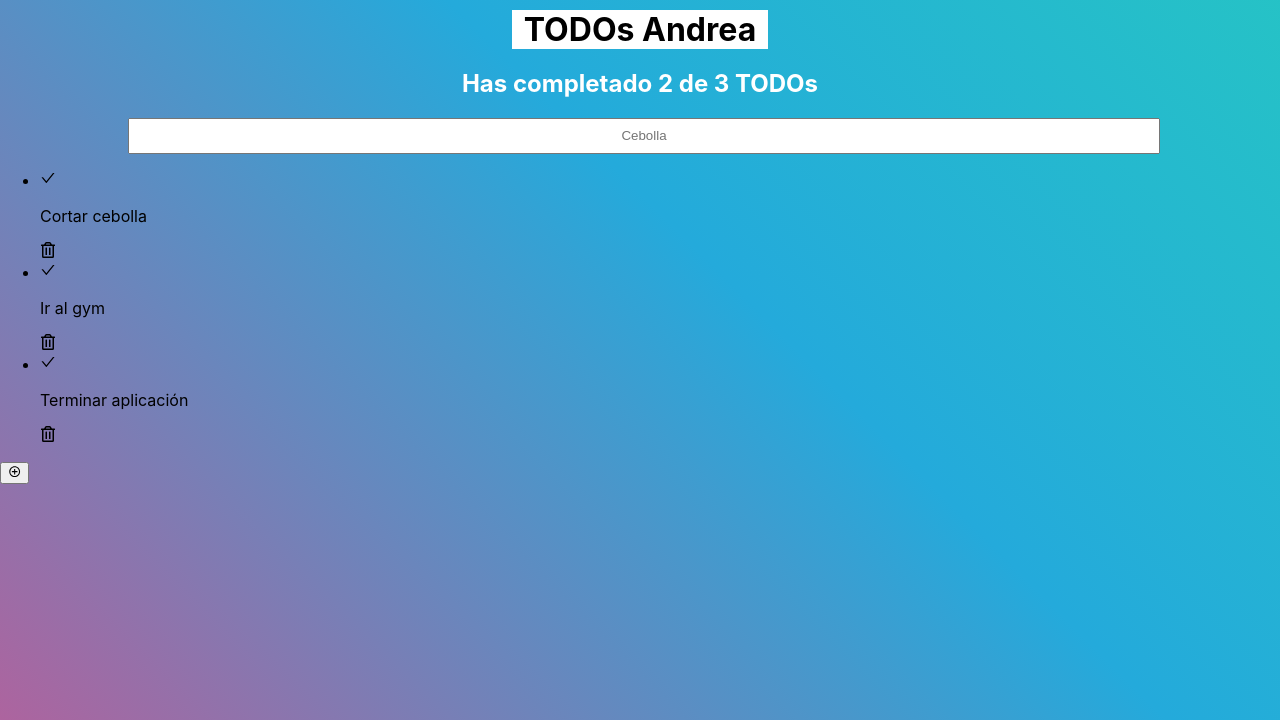
Repository: Pandrea-hub/TODOs
Page: /
The author's editor kept a copy of each file at every save. The page is drawn from the files as they stood at one save, then again after the next save.
The browser window is 1280 px wide. The page is 1288 px wide, so the pictures cover 1288 px, including what lies to the right of the window. The pictures show the whole page.
The project was rebuilt for these pictures with package versions that can differ from the ones it lists, and the page was loaded fresh each time. Also part of the build but not shown: src/TodoItem.css.

Above is the page before, as saved 2022-06-07 09:27:28.

### src/index.js
import React from 'react';
import ReactDOM from 'react-dom/client';
import './index.css';
import App from './App';


const root = ReactDOM.createRoot(document.getElementById('root'));
root.render(
  <App/>
);

### src/index.css
body {
  margin: 0;
  font-family: -apple-system, BlinkMacSystemFont, 'Segoe UI', 'Roboto', 'Oxygen',
    'Ubuntu', 'Cantarell', 'Fira Sans', 'Droid Sans', 'Helvetica Neue',
    sans-serif;
  -webkit-font-smoothing: antialiased;
  -moz-osx-font-smoothing: grayscale;
}

code {
  font-family: source-code-pro, Menlo, Monaco, Consolas, 'Courier New',
    monospace;
}

#root{
  width: 100%;
  height: 100%;
  position: absolute;
  background: linear-gradient(45deg,#F17C58, #E94584, #24AADB , #27DBB1,#FFDC18, #FF3706);
  background-size: 600% 100%;
  animation: gradient 16s linear infinite;
  animation-direction: alternate;
}

@keyframes gradient {
  0% {background-position: 0%}
  100% {background-position: 100%}
}

### src/App.js
//import './App.css';
import React from 'react';
import { TodoCounter } from './TodoCounter';
import { TodoItem } from './TodoItem';
import { CreateTodoButton } from './CreateTodoButton';
import { TodoList } from './TodoList';
import { TodoSearch } from './TodoSearch';


const todos = [
  {text: 'Cortar cebolla',completed: false},
  {text: 'Ir al gym',completed: false},
  {text: 'Terminar aplicación',completed: false},
]


function App() {
  return (
    <React.Fragment>
      <TodoCounter />
      <TodoSearch />


      <TodoList>
        {todos.map(todo =>(
          <TodoItem key={todo.text} text={todo.text} completed={todo.completed}/>
        ))}
      </TodoList>
      <CreateTodoButton />
    </React.Fragment>

  );
}

export default App;

### src/TodoCounter.js
import React from 'react';
import './TodoCounter.css';

function TodoCounter(){
    return (
        <div className='title'>
            <h1>TODOs Andrea</h1>
            <h2 className='TodoCounter'>Has completado 2 de 3 TODOs</h2>
        </div>
    );
}

export { TodoCounter };

### src/TodoItem.js
import React from 'react';
import './TodoItem.css';
import {AiOutlineCheck} from 'react-icons/ai';
import {FaRegTrashAlt} from 'react-icons/fa';

function TodoItem(props){
    return (
        <li className='TodoItem'>
            <span className={`Icon Icon-check ${props.completed && 'Icon-check--activate' }`}>
                <AiOutlineCheck />
            </span>
            <p className={`TodoItem-p ${props.completed && 'TodoItem-p--complete'}`}>
                {props.text}
            </p>
            <span className='Icon Icon-delete'>
               <FaRegTrashAlt />
            </span>
        </li>
    );

}

export {TodoItem};

### src/CreateTodoButton.js
import React from 'react';
import {IoMdAddCircleOutline} from 'react-icons/io';

function CreateTodoButton(props){
    return(
        <button>
            <IoMdAddCircleOutline />
        </button>
    );
}

export {CreateTodoButton};

### src/TodoList.js
import React from "react";


function TodoList(props){
    return(
        <section>
            <ul>
                {props.children}
            </ul>
        </section>

    );
}


export {TodoList};

### src/TodoSearch.js
import React from 'react';
import './TodoSearch.css';

function TodoSearch(){
    return(
        <input placeholder="Cebolla" />
    );
}

export { TodoSearch};

### src/TodoCounter.css
.title{
    text-align: center;
    color:white;
}

.title h1{
    color:black;
    background-color:white;
    width: 20%;
    margin: 10px auto;
}

@media screen and (max-width:800px) {
    .title h1{
        width: 50%;
    }
}

### src/TodoSearch.css
input {
    outline: none;
    width: 80%;
    height: 30px;
    margin: 0 10%;
    text-align: center;
}

Loaded but not shown: public/index.html (common file)

After the next save:
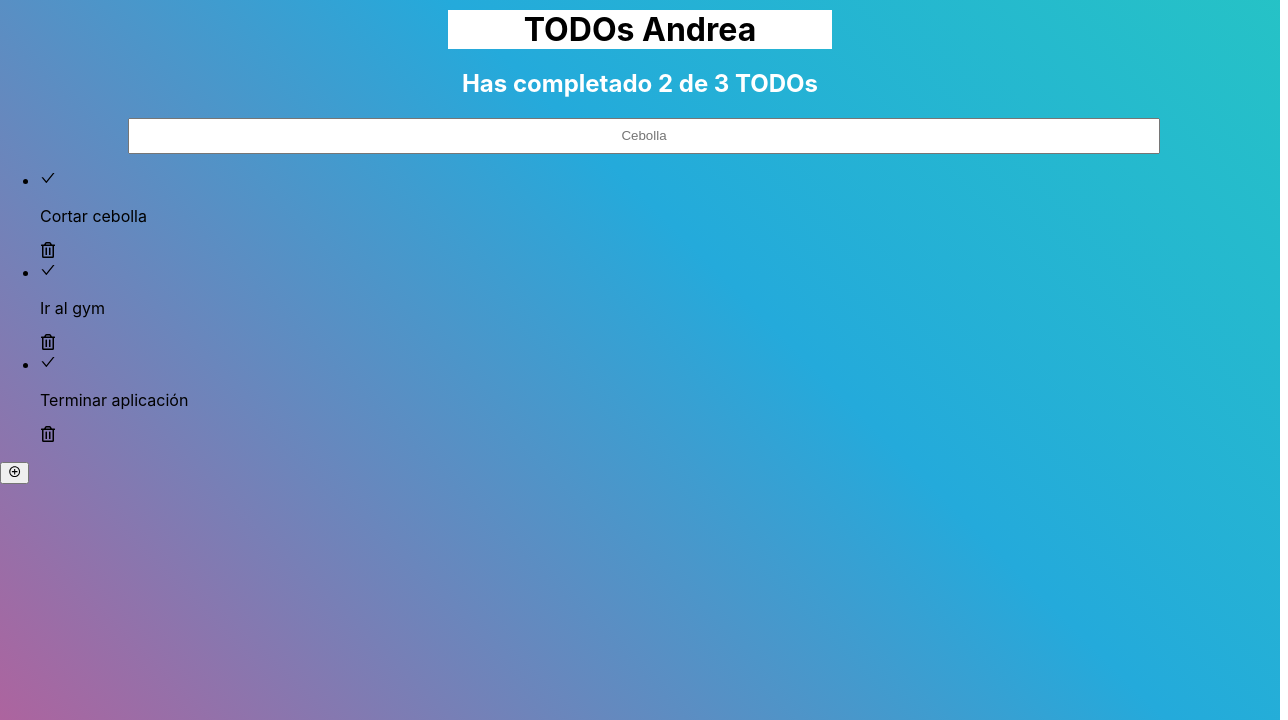
Saved 60 s later.
--- a/src/TodoCounter.css
+++ b/src/TodoCounter.css
@@ -6,7 +6,7 @@
 .title h1{
     color:black;
     background-color:white;
-    width: 20%;
+    width: 30%;
     margin: 10px auto;
 }
 
